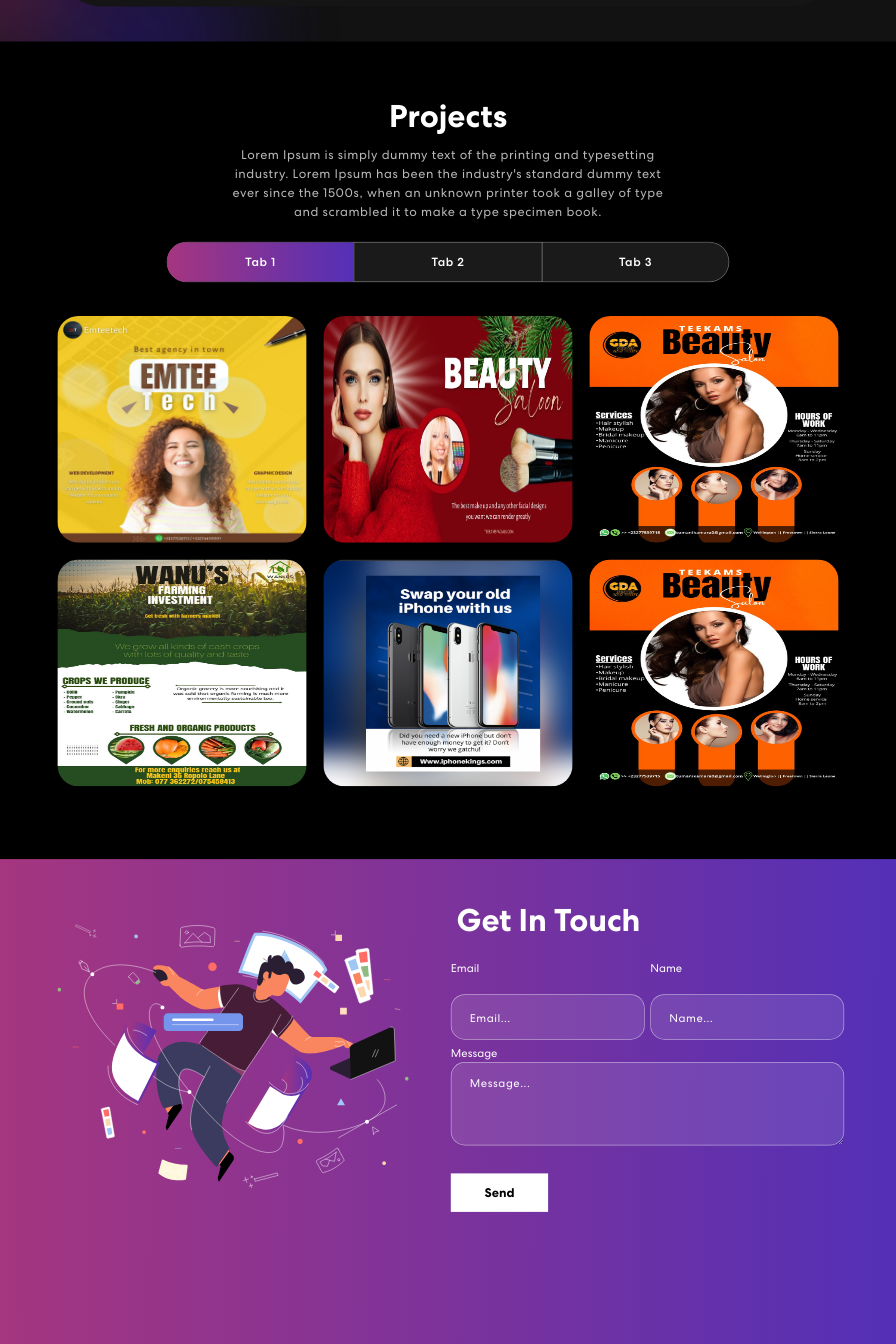
Repository: EmmanuelKeifala/emtee
Page: /
These files come from the project's save history. The page is drawn as it stood at one moment and after the next save; the edit follows.
The browser window is 1280 px wide. The pictures show the part of the page from y = 1336 to 3256 px (the page is 3476 px tall), at 70% of full size.
The project was rebuilt for these pictures with package versions that can differ from the ones it lists, and the page was loaded fresh each time. Some packages were replaced by stand-ins written for this rebuild.

Above is the page before, as saved 2022-09-30 17:10:14.

### public/index.html
<!DOCTYPE html>
<html lang="en">
  <head>
    <meta charset="utf-8" />
    <link rel="icon" href="%PUBLIC_URL%/favicon.ico" />
    <meta name="viewport" content="width=device-width, initial-scale=1" />
    <meta name="theme-color" content="#000000" />
    <meta name="description" content="Em-Tech" />
    <link rel="apple-touch-icon" href="%PUBLIC_URL%/logo192.png" />

    <link rel="manifest" href="%PUBLIC_URL%/manifest.json" />
    <title>Em-Tech</title>
  </head>
  <body>
    <div id="root"></div>
  </body>
</html>

### src/Components/Navbar.jsx
import React, { useState, useEffect } from "react";
import { Navbar, Container, Nav } from "react-bootstrap";
import logo from "../assets/img/screen.png";
import navIcon1 from "../assets/img/nav-icon1.svg";
import navIcon2 from "../assets/img/nav-icon2.svg";
import navIcon3 from "../assets/img/nav-icon3.svg";
import Twitter from "../assets/img/twit.png";

const NavBar = () => {
  const [activeLink, setActiveLink] = useState("home");
  const [scrolled, setScrolled] = useState(false);
  useEffect(() => {
    const onScroll = () => {
      if (window.scrollY > 50) {
        setScrolled(true);
      } else {
        setScrolled(false);
      }
    };
    window.addEventListener("scroll", onScroll);

    return () => window.removeEventListener("scroll", onScroll);
  }, []);
  const onUpdateActiveLink = (value) => {
    setActiveLink(value);
  };
  return (
    <Navbar expand="md" className={scrolled ? "scrolled" : ""}>
      <Container>
        <Navbar.Brand href="/">
          <img src={logo} alt="Logo" className="lo" />
        </Navbar.Brand>
        <Navbar.Toggle aria-controls="basic-navbar-nav">
          <span className="navbar-toggler-icon"></span>
        </Navbar.Toggle>
        <Navbar.Collapse id="basic-navbar-nav">
          <Nav className="ms-auto">
            <Nav.Link
              href="#home"
              className={
                activeLink === "home" ? "active navbar-link" : "navbar-link"
              }
              onClick={() => onUpdateActiveLink("home")}
            >
              Home
            </Nav.Link>
            <Nav.Link
              href="#skills"
              className={
                activeLink === "skills" ? "active navbar-link" : "navbar-link"
              }
              onClick={() => onUpdateActiveLink("skills")}
            >
              Skills
            </Nav.Link>
            <Nav.Link
              href="#project"
              className={
                activeLink === "project" ? "active navbar-link" : "navbar-link"
              }
              onClick={() => onUpdateActiveLink("project")}
            >
              Projects
            </Nav.Link>
          </Nav>
          <span className="navbar-text">
            <div className="social-icon">
              <a href="#">
                <img src={navIcon1} alt="linkedin" />
              </a>
              <a href="#">
                <img src={navIcon2} alt="facebook" />
              </a>
              <a href="#">
                <img src={navIcon3} alt="instagram" />
              </a>
              <a href="#">
                <img src={Twitter} alt="Twitter" className="twit" />
              </a>
            </div>
            <button className="vvd">
              <span>Let’s Connect</span>
            </button>
          </span>
        </Navbar.Collapse>
      </Container>
    </Navbar>
  );
};

export default NavBar;

### src/Components/Banner.jsx
import React from "react";
import { useState, useEffect } from "react";
import { Container, Row, Col } from "react-bootstrap";
import { ArrowRightCircle } from "react-bootstrap-icons";
import headerImg from "../assets/img/header-img.svg";
import "animate.css";
import TrackVisibility from "react-on-screen";
import GoogleAd from "./GoogleAd";
const Banner = () => {
  const [loopNum, setLoopNum] = useState(0);
  const [isDeleting, setIsDeleting] = useState(false);
  const [text, setText] = useState("");
  const [delta, setDelta] = useState(300 - Math.random() * 100);
  const [index, setIndex] = useState(1);
  const toRotate = ["Web Development", "Web Design", "UI/UX Design"];
  const period = 2000;

  useEffect(() => {
    let ticker = setInterval(() => {
      tick();
    }, delta);

    return () => {
      clearInterval(ticker);
    };
  }, [text]);

  const tick = () => {
    let i = loopNum % toRotate.length;
    let fullText = toRotate[i];
    let updatedText = isDeleting
      ? fullText.substring(0, text.length - 1)
      : fullText.substring(0, text.length + 1);

    setText(updatedText);

    if (isDeleting) {
      setDelta((prevDelta) => prevDelta / 2);
    }

    if (!isDeleting && updatedText === fullText) {
      setIsDeleting(true);
      setIndex((prevIndex) => prevIndex - 1);
      setDelta(period);
    } else if (isDeleting && updatedText === "") {
      setIsDeleting(false);
      setLoopNum(loopNum + 1);
      setIndex(1);
      setDelta(500);
    } else {
      setIndex((prevIndex) => prevIndex + 1);
    }
  };

  return (
    <section className="banner" id="home">
      <Container>
        <Row className="aligh-items-center">
          <Col xs={12} md={6} xl={7}>
            <TrackVisibility>
              {({ isVisible }) => (
                <div
                  className={
                    isVisible ? "animate__animated animate__fadeIn" : ""
                  }
                >
                  <span className="tagline">
                    Welcome to our Portfolio and Hiring Page
                  </span>
                  <h1>
                    {`Hi! We are Em-Tech we do`}{" "}
                    <span
                      className="txt-rotate"
                      dataPeriod="1000"
                      data-rotate='[ "Web Developement", "Web Design", "UI/UX Design" ]'
                    >
                      <span className="wrap">{text}</span>
                    </span>
                  </h1>
                  <p>
                    Lorem Ipsum is simply dummy text of the printing and
                    typesetting industry. Lorem Ipsum has been the industry's
                    standard dummy text ever since the 1500s, when an unknown
                    printer took a galley of type and scrambled it to make a
                    type specimen book.
                  </p>
                  <button onClick={() => console.log("connect")}>
                    Let’s Connect <ArrowRightCircle size={25} />
                  </button>
                </div>
              )}
            </TrackVisibility>
          </Col>
          <Col xs={12} md={6} xl={5}>
            <TrackVisibility>
              {({ isVisible }) => (
                <div
                  className={
                    isVisible ? "animate__animated animate__zoomIn" : ""
                  }
                >
                  <img src={headerImg} alt="Header Img" />
                </div>
              )}
            </TrackVisibility>
          </Col>
        </Row>
      </Container>
      <GoogleAd slot="9876543210" googleAdId="ca-pub-2934431448539258" />
    </section>
  );
};

export default Banner;

### src/Components/Skills.jsx
import React from "react";
import meter1 from "../assets/img/meter1.svg";
import meter2 from "../assets/img/meter2.svg";
import meter3 from "../assets/img/meter3.svg";
import Carousel from "react-multi-carousel";
import "react-multi-carousel/lib/styles.css";
import arrow1 from "../assets/img/arrow1.svg";
import arrow2 from "../assets/img/arrow2.svg";
import colorSharp from "../assets/img/color-sharp.png";
const Skills = () => {
  const responsive = {
    superLargeDesktop: {
      // the naming can be any, depends on you.
      breakpoint: { max: 4000, min: 3000 },
      items: 5,
    },
    desktop: {
      breakpoint: { max: 3000, min: 1024 },
      items: 3,
    },
    tablet: {
      breakpoint: { max: 1024, min: 464 },
      items: 2,
    },
    mobile: {
      breakpoint: { max: 464, min: 0 },
      items: 1,
    },
  };
  return (
    <section className="skill" id="skills">
      <div className="container">
        <div className="row">
          <div className="col-12">
            <div className="skill-bx wow zoomIn">
              <h2>Skills</h2>
              <p>
                <br></br> Lorem Ipsum has been the industry's standard dummy
                text.
              </p>
              <Carousel
                responsive={responsive}
                infinite={true}
                className="owl-carousel owl-theme skill-slider"
              >
                <div className="item">
                  <img src={meter1} alt="Image" />
                  <h5>Graphic Design</h5>
                </div>
                <div className="item">
                  <img src={meter2} alt="Image" />
                  <h5>Brand Identity</h5>
                </div>
                <div className="item">
                  <img src={meter3} alt="Image" />
                  <h5>Logo Design</h5>
                </div>
                <div className="item">
                  <img src={meter1} alt="Image" />
                  <h5>Web Development</h5>
                </div>
              </Carousel>
            </div>
          </div>
        </div>
      </div>
      <img className="background-image-left" src={colorSharp} alt="Image" />
    </section>
  );
};

export default Skills;

### src/Components/Projects.jsx
import React from "react";
import { Container, Row, Col, Tab, Nav } from "react-bootstrap";
import { ProjectCard } from "./ProjectCard";
import projImg1 from "../assets/img/project-1.jpeg";
import projImg2 from "../assets/img/project-2.jpeg";
import projImg3 from "../assets/img/project-3.jpeg";
import projImg4 from "../assets/img/project-4.jpeg";
import projImg5 from "../assets/img/project-5.png";

import colorSharp2 from "../assets/img/color-sharp2.png";
import ecommerce from "../assets/img/Ecommerce-2.jpeg";
import tiktok from "../assets/img/tiktok-clone-1.png";
import spotify from "../assets/img/spotify.webp";
import food from "../assets/img/food.png";
import chatapp from "../assets/img/chatapp.jpeg";
import amazon from "../assets/img/amazon.png";
import "animate.css";
import TrackVisibility from "react-on-screen";
const Projects = () => {
  const projects = [
    {
      title: "Business Startup",
      description: "Design & Development",
      imgUrl: projImg1,
    },
    {
      title: "Business Startup",
      description: "Design & Development",
      imgUrl: projImg2,
    },
    {
      title: "Business Startup",
      description: "Design & Development",
      imgUrl: projImg3,
    },
    {
      title: "Business Startup",
      description: "Design & Development",
      imgUrl: projImg4,
    },
    {
      title: "Business Startup",
      description: "Design & Development",
      imgUrl: projImg5,
    },
    {
      title: "Business Startup",
      description: "Design & Development",
      imgUrl: projImg3,
    },
  ];
  const web = [
    {
      title: "Ecommerce Website",
      description: "It handles order, sales etc",
      imgUrl: ecommerce,
    },
    {
      title: "A Tik Tok clone",
      description: "Design & Development",
      imgUrl: tiktok,
    },
    {
      title: "Spotify Clone",
      description: "Design & Development",
      imgUrl: spotify,
    },
    {
      title: "Food Order and Delivery",
      description: "Design & Development",
      imgUrl: food,
    },
    {
      title: "Chat App",
      description: "Design & Development",
      imgUrl: chatapp,
    },
    {
      title: "Amazon Clone",
      description: "Design & Development",
      imgUrl: amazon,
    },
  ];
  return (
    <section className="project" id="project">
      <Container>
        <Row>
          <Col size={12}>
            <TrackVisibility>
              {({ isVisible }) => (
                <div
                  className={
                    isVisible ? "animate__animated animate__fadeIn" : ""
                  }
                >
                  <h2>Projects</h2>
                  <p>
                    Lorem Ipsum is simply dummy text of the printing and
                    typesetting industry. Lorem Ipsum has been the industry's
                    standard dummy text ever since the 1500s, when an unknown
                    printer took a galley of type and scrambled it to make a
                    type specimen book.
                  </p>
                  <Tab.Container id="projects-tabs" defaultActiveKey="first">
                    <Nav
                      variant="pills"
                      className="nav-pills mb-5 justify-content-center align-items-center"
                      id="pills-tab"
                    >
                      <Nav.Item>
                        <Nav.Link eventKey="first">Tab 1</Nav.Link>
                      </Nav.Item>
                      <Nav.Item>
                        <Nav.Link eventKey="second">Tab 2</Nav.Link>
                      </Nav.Item>
                      <Nav.Item>
                        <Nav.Link eventKey="third">Tab 3</Nav.Link>
                      </Nav.Item>
                    </Nav>
                    <Tab.Content
                      id="slideInUp"
                      className={
                        isVisible ? "animate__animated animate__slideInUp" : ""
                      }
                    >
                      <Tab.Pane eventKey="first">
                        <Row>
                          {projects.map((project, index) => {
                            return <ProjectCard key={index} {...project} />;
                          })}
                        </Row>
                      </Tab.Pane>
                      <Tab.Pane eventKey="second">
                        <Row>
                          {web.map((project, index) => {
                            return <ProjectCard key={index} {...project} />;
                          })}
                        </Row>
                      </Tab.Pane>
                      <Tab.Pane eventKey="third">
                        <p>
                          Lorem ipsum dolor sit amet consectetur adipisicing
                          elit. Cumque quam, quod neque provident velit, rem
                          explicabo excepturi id illo molestiae blanditiis,
                          eligendi dicta officiis asperiores delectus quasi
                          inventore debitis quo.
                        </p>
                      </Tab.Pane>
                    </Tab.Content>
                  </Tab.Container>
                </div>
              )}
            </TrackVisibility>
          </Col>
        </Row>
      </Container>
      <img className="background-image-right" src={colorSharp2}></img>
    </section>
  );
};

export default Projects;

### src/Components/Contact.jsx
import React from "react";
import { useState } from "react";
import { Container, Row, Col } from "react-bootstrap";
import contactImg from "../assets/img/contact-img.svg";
import "animate.css";
import { Form, Input, TextArea, Button } from "semantic-ui-react";
import TrackVisibility from "react-on-screen";
import Swal from "sweetalert2";
import emailjs from "emailjs-com";
const Contact = () => {
  const formInitialDetails = {
    firstName: "",
    lastName: "",
    email: "",
    phone: "",
    message: "",
  };

  const SERVICE_ID = "service_hdc70rt";
  const TEMPLATE_ID = "template_uccb61k";
  const USER_ID = "tjSBze7Rp8m252Qv_";

  const [formDetails, setFormDetails] = useState(formInitialDetails);
  const [buttonText, setButtonText] = useState("Send");
  const [status, setStatus] = useState({});

  const onFormUpdate = (category, value) => {
    setFormDetails({
      ...formDetails,
      [category]: value,
    });
  };

  const handleOnSubmit = (e) => {
    e.preventDefault();
    emailjs.sendForm(SERVICE_ID, TEMPLATE_ID, e.target, USER_ID).then(
      (result) => {
        console.log(result.text);
        Swal.fire({
          icon: "success",
          title: "Message Sent Successfully",
        });
      },
      (error) => {
        console.log(error.text);
        Swal.fire({
          icon: "error",
          title: "Ooops, something went wrong",
          text: error.text,
        });
      }
    );
    console.log(e.target);
    e.target.reset();
  };

  return (
    <section className="contact" id="connect">
      <Container>
        <Row className="align-items-center">
          <Col size={12} md={6}>
            <TrackVisibility>
              {({ isVisible }) => (
                <img
                  className={
                    isVisible ? "animate__animated animate__zoomIn" : ""
                  }
                  src={contactImg}
                  alt="Contact Us"
                />
              )}
            </TrackVisibility>
          </Col>
          <Col size={12} md={6}>
            <TrackVisibility>
              {({ isVisible }) => (
                <div
                  className={
                    isVisible ? "animate__animated animate__fadeIn" : ""
                  }
                >
                  <h2>Get In Touch</h2>
                  <form onSubmit={handleOnSubmit}>
                    <Row>
                      <Col size={12} sm={6} className="px-1">
                        <Form.Field
                          id="form-input-control-email"
                          control={Input}
                          label="Email"
                          name="user_email"
                          placeholder="Email…"
                          required
                          icon="mail"
                          iconPosition="left"
                        />
                      </Col>
                      <Col size={12} sm={6} className="px-1">
                        <Form.Field
                          id="form-input-control-last-name"
                          control={Input}
                          label="Name"
                          name="user_name"
                          placeholder="Name…"
                          required
                          icon="user circle"
                          iconPosition="left"
                        />
                      </Col>
                      <Col size={12} className="px-1">
                        <Form.Field
                          id="form-textarea-control-opinion"
                          control={TextArea}
                          label="Message"
                          name="user_message"
                          placeholder="Message..."
                          required
                        />
                        <button type="submit">
                          <span>{buttonText}</span>
                        </button>
                      </Col>
                      {status.message && (
                        <Col>
                          <p
                            className={
                              status.success === false ? "danger" : "success"
                            }
                          >
                            {status.message}
                          </p>
                        </Col>
                      )}
                    </Row>
                  </form>
                </div>
              )}
            </TrackVisibility>
          </Col>
        </Row>
      </Container>
    </section>
  );
};

export default Contact;

### src/Components/Footer.jsx
import React from "react";
import { Container, Row, Col } from "react-bootstrap";
import logo from "../assets/img/logo.svg";
import navIcon1 from "../assets/img/nav-icon1.svg";
import navIcon2 from "../assets/img/nav-icon2.svg";
import navIcon3 from "../assets/img/nav-icon3.svg";

const Footer = () => {
  return (
    <footer className="footer">
      <Container>
        <Row className="align-items-center">
          <Col size={12} sm={6}>
            <img src={logo} alt="Logo" />
          </Col>
          <Col size={12} sm={6} className="text-center text-sm-end">
            <div className="social-icon">
              <a href="#" className="icon">
                <img src={navIcon1} alt="Icon" className="icon-1" />
              </a>
              <a href="#" className="icon">
                <img src={navIcon2} alt="Icon" className="icon-1" />
              </a>
              <a href="#" className="icon">
                <img src={navIcon3} alt="Icon" className="icon-1" />
              </a>
            </div>
            <p>Copyright 2022. All Rights Reserved</p>
            <p>Develped by Em-Tech</p>
          </Col>
        </Row>
      </Container>
    </footer>
  );
};

export default Footer;

### src/Components/GoogleAd.jsx
import React, { Component } from "react";
import PropTypes from "prop-types";

class GoogleAd extends Component {
  googleInit = null;

  componentDidMount() {
    const { timeout } = this.props;
    this.googleInit = setTimeout(() => {
      if (typeof window !== "undefined")
        (window.adsbygoogle = window.adsbygoogle || []).push({});
    }, timeout);
  }

  componentWillUnmount() {
    if (this.googleInit) clearTimeout(this.googleInit);
  }

  render() {
    const { classNames, slot, googleAdId, style, format } = this.props;
    return (
      <div className={classNames}>
        <ins
          className="adsbygoogle"
          style={style || { display: "block", textAlign: "center" }}
          data-ad-client={googleAdId}
          data-ad-slot={slot}
          data-ad-format={format || "auto"}
          data-full-width-responsive="true"
        ></ins>
      </div>
    );
  }
}
GoogleAd.propTypes = {
  classNames: PropTypes.string,
  slot: PropTypes.string,
  timeout: PropTypes.number,
  googleAdId: PropTypes.string,
};
GoogleAd.defaultProps = {
  classNames: "",
  timeout: 200,
};
export default GoogleAd;

### src/Components/ProjectCard.jsx
import { Col } from "react-bootstrap";

export const ProjectCard = ({ title, description, imgUrl }) => {
  return (
    <Col size={12} sm={6} md={4}>
      <div className="proj-imgbx">
        <img src={imgUrl} className="prop-image" />
        <div className="proj-txtx">
          <h4>{title}</h4>
          <span>{description}</span>
        </div>
      </div>
    </Col>
  );
};

Loaded but not shown: src/index.css (common file); src/reportWebVitals.js (common file); src/App.js (23 lines, source omitted); src/index.js (16 lines, source omitted); src/App.css (733 lines, source omitted)

After the next save:
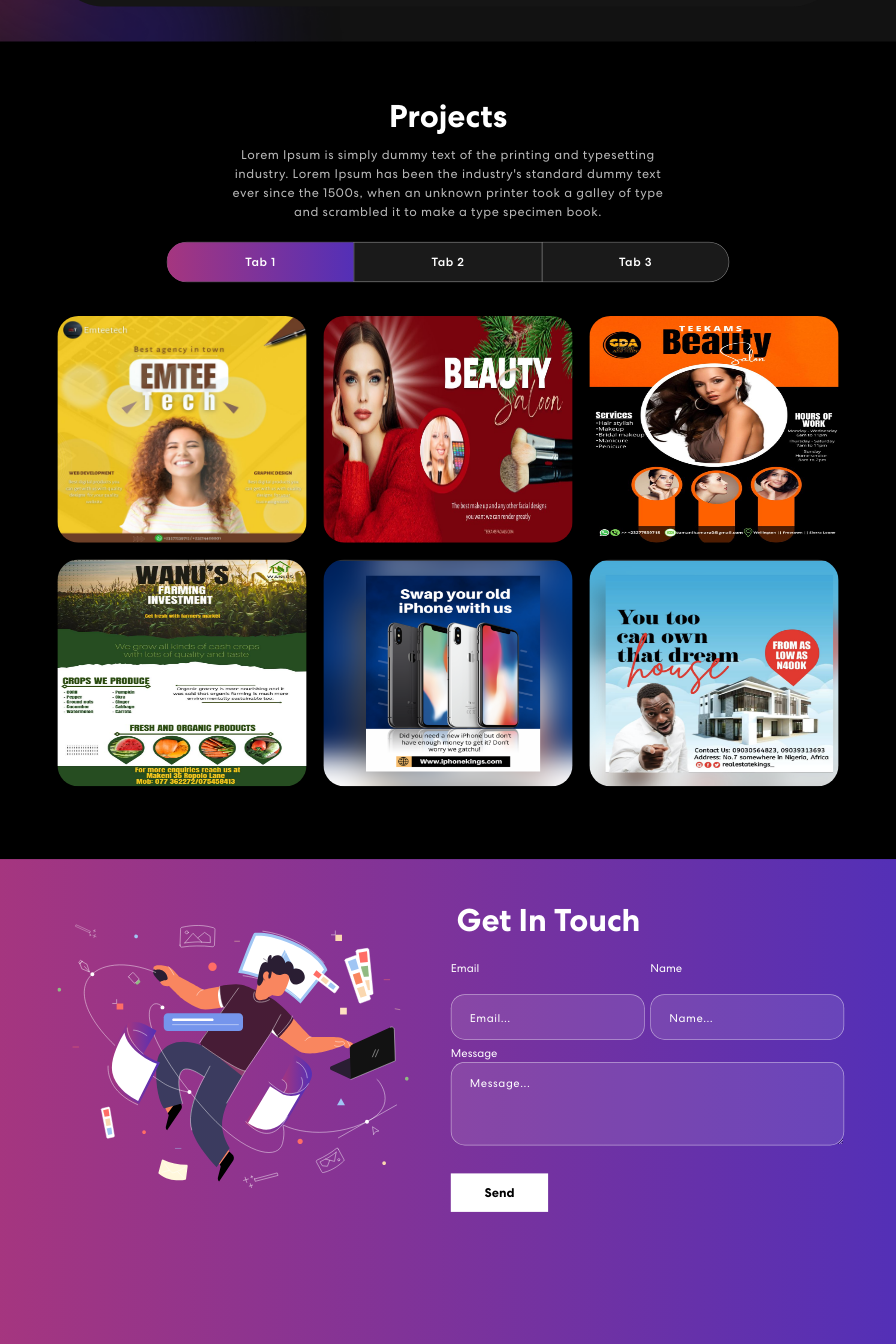
Saved 63 s later.
--- a/src/Components/Projects.jsx
+++ b/src/Components/Projects.jsx
@@ -6,6 +6,7 @@
 import projImg3 from "../assets/img/project-3.jpeg";
 import projImg4 from "../assets/img/project-4.jpeg";
 import projImg5 from "../assets/img/project-5.png";
+import projImg6 from "../assets/img/project-6.png";
 
 import colorSharp2 from "../assets/img/color-sharp2.png";
 import ecommerce from "../assets/img/Ecommerce-2.jpeg";
@@ -46,7 +47,7 @@
     {
       title: "Business Startup",
       description: "Design & Development",
-      imgUrl: projImg3,
+      imgUrl: projImg6,
     },
   ];
   const web = [
